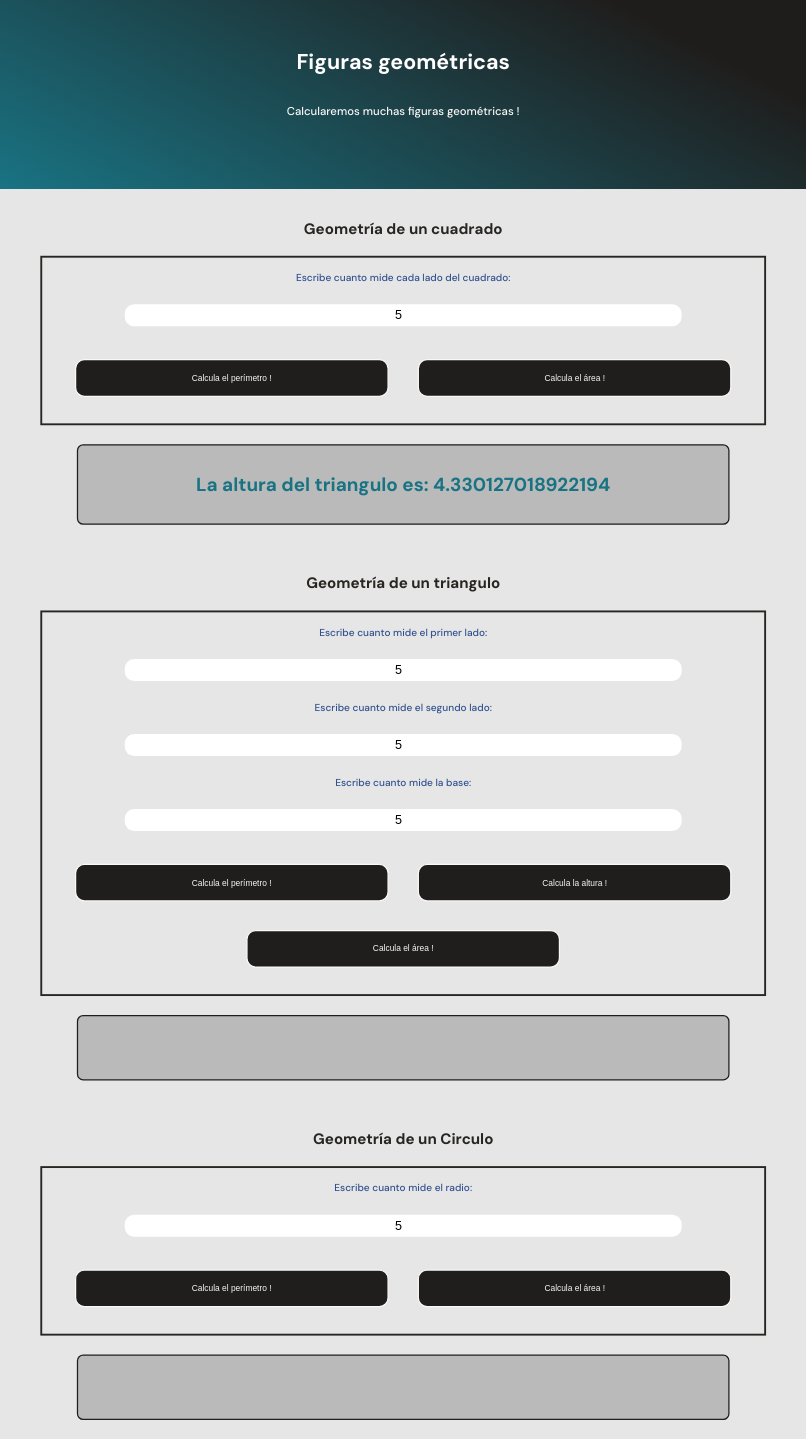
Repository: ChristianGecchelin/javascript-project
Page: javascript-project/figuras-geometricas/figuras.html
An editor plug-in stored every save of this project. The page is shown before and after the next save, followed by the edit.
The browser window is 1280 px wide. The pictures show the whole page, at 63% of full size.
Empty fields were first filled with sample values (such as "Sample", 5 or name@example.com).
After loading, the first visible `button[onclick="calcularAlturaTriangulo()"]` was clicked once.

Above is the page before, as saved 2021-12-05 19:00:47.

### javascript-project/figuras-geometricas/figuras.html
<!DOCTYPE html>
<html lang="en">
  <head>
    <meta charset="UTF-8" />
    <meta http-equiv="X-UA-Compatible" content="IE=edge" />
    <meta name="viewport" content="width=device-width, initial-scale=1.0" />
    <title>Figuras geométricas | Proyecto 1</title>
    <link rel="preconnect" href="https://fonts.googleapis.com" />
    <link rel="preconnect" href="https://fonts.gstatic.com" crossorigin />
    <link
      href="https://fonts.googleapis.com/css2?family=DM+Sans:wght@400;500;700&family=Inter:wght@300;500&display=swap"
      rel="stylesheet"
    />
    <link rel="stylesheet" href="./style.css" />
  </head>
  <body>
    <header>
      <div class="header--title-container">
        <h1>Figuras geométricas</h1>
        <p>Calcularemos muchas figuras geométricas !</p>
      </div>
    </header>
    <main>
      <section class="main-calculadora-contenedor">
        <h2 class="main-calculadora-contenedor--title">
          Geometría de un cuadrado
        </h2>
        <div class="main-calculadora-form-contenedor">
          <form action="">
            <label class="form--label-input" for="inputCuadrado"
              >Escribe cuanto mide cada lado del cuadrado:</label
            >
            <input class="form--input" type="number" id="inputCuadrado" />
            <button
              class="form--input-boton"
              type="button"
              onclick="calcularPerimetroCuadrado()"
            >
              Calcula el perímetro !
            </button>
            <button
              class="form--input-boton"
              type="button"
              onclick="calcularAreaCuadrado()"
            >
              Calcula el área !
            </button>
            <!-- type button, para quitarle el submit por defecto y que no me redireccione a ningun lado -->
          </form>
        </div>
        <section class="container-answer">
          <p id="resultFunction"></p>
        </section>
      </section>
      <section class="main-calculadora-contenedor">
        <h2 class="main-calculadora-contenedor--title">
          Geometría de un triangulo
        </h2>
        <div class="main-calculadora-form-contenedor">
          <form action="">
            <label class="form--label-input" for="inputLado1"
              >Escribe cuanto mide el primer lado:</label
            >
            <input class="form--input" type="number" id="inputLado1" />
            <label class="form--label-input" for="inputLado2"
              >Escribe cuanto mide el segundo lado:</label
            >
            <input class="form--input" type="number" id="inputLado2" />
            <label class="form--label-input" for="inputBase"
              >Escribe cuanto mide la base:</label
            >
            <input class="form--input" type="number" id="inputBase" />
            <button
              class="form--input-boton"
              type="button"
              onclick="calcularPerimetroTriangulo()"
            >
              Calcula el perímetro !
            </button>
            <button
              class="form--input-boton"
              type="button"
              onclick="calcularAlturaTriangulo()"
            >
              Calcula la altura !
            </button>
            <button
              class="form--input-boton"
              type="button"
              onclick="calcularAreaTriangulo()"
            >
              Calcula el área !
            </button>
            <!-- type button, para quitarle el submit por defecto y que no me redireccione a ningun lado -->
          </form>
        </div>
        <section class="container-answer">
          <p id="resultFunction"></p>
        </section>
      </section>
      <section class="main-calculadora-contenedor">
        <h2 class="main-calculadora-contenedor--title">
          Geometría de un Circulo
        </h2>
        <div class="main-calculadora-form-contenedor">
          <form action="">
            <label class="form--label-input" for="inputRadio"
              >Escribe cuanto mide el radio:</label
            >
            <input class="form--input" type="number" id="inputRadio" />
            <button
              class="form--input-boton"
              type="button"
              onclick="calcularPerimetroCirculo()"
            >
              Calcula el perímetro !
            </button>
            <button
              class="form--input-boton"
              type="button"
              onclick="calcularAreaCirculo()"
            >
              Calcula el área !
            </button>
            <!-- type button, para quitarle el submit por defecto y que no me redireccione a ningun lado -->
          </form>
        </div>
        <section class="container-answer">
          <p id="resultFunction"></p>
        </section>
      </section>
    </main>
    <script src="./figurasConFunciones.js"></script>
  </body>
</html>

### javascript-project/figuras-geometricas/style.css
:root {
  --Dark-lightblue: #197383;
  --soft-orange: #ffe9d5;
  --secondary-blue: #1a9af7;
  --soft-blue: #e7f5ff;
  --warm-black: #201e1c;
  --black: #282623;
  --grey: #bababa;
  --off-white: #faf8f7;
  --just-white: #fff;
}
* {
  box-sizing: border-box;
  margin: 0;
  padding: 0;
}
html {
  font-size: 62.5%;
  font-family: "DM Sans", sans-serif;
}
header {
  position: relative;
  display: flex;
  flex-direction: column;
  justify-content: center;
  width: 100%;
  min-width: 320px;
  height: 300px;
  text-align: center;
  background: linear-gradient(207.8deg, #1f1d1c 16.69%, #197383 100%);
}
header .header--title-container {
  width: 90%;
  min-width: 288px;
  max-width: 900px;
  height: 200px;
  text-align: center;
  align-self: center;
}
header .header--title-container h1 {
  margin-top: 30px;
  margin-bottom: 50px;
  font-size: 3.4rem;
  font-weight: 700;
  line-height: 3.6rem;
  color: var(--just-white);
}
header .header--title-container p {
  font-size: 1.8rem;
  font-weight: 500;
  line-height: 2.2rem;
  color: var(--off-white);
}
main {
  width: 100%;
  height: auto;
  background-color: rgba(206, 206, 206, 0.5);
  min-width: 320px;
}
.main-calculadora-contenedor {
  width: 90%;
  min-width: 280px;
  height: auto;
  margin: 0 auto;
  padding-top: 50px;
  padding-bottom: 30px;
  text-align: center;
}
.main-calculadora-contenedor--title {
  margin-bottom: 30px;
  font-size: 2.4rem;
  font-weight: 700;
  line-height: 2.6rem;
  color: var(--black);
}
.main-calculadora-form-contenedor {
  display: flex;
  flex-direction: column;
  justify-content: center;
  height: auto;
  border: 3px solid var(--black);
  padding: 20px 20px;
}
.main-calculadora-form-contenedor .form--label-input {
  display: block;
  font-size: 1.6rem;
  font-weight: 500;
  line-height: 2.4rem;
  color: rgba(34, 68, 136, 0.92);
}
.main-calculadora-form-contenedor .form--input {
  display: block;
  width: 80%;
  height: 35px;
  margin: 30px auto;
  border: none;
  border-radius: 15px;
  text-align: center;
  font-size: 2rem;
  font-weight: 500;
}
.main-calculadora-form-contenedor .form--input:focus {
  border: 5px solid var(--Dark-lightblue);
  width: 85%;
  border-radius: 15px;
}
.main-calculadora-form-contenedor .form--input-boton {
  width: 45%;
  height: 60px;
  margin: 2%;
  padding: 5px 10px;
  border: 2px solid var(--off-white);
  border-radius: 15px;
  background-color: var(--warm-black);
  color: var(--off-white);
}
.container-answer {
  width: 90%;
  min-width: 260px;
  height: auto;
  margin: 0 auto;
  margin-top: 30px;
  padding-top: 50px;
  padding-bottom: 50px;
  text-align: center;
  background-color: #bababa;
  border: 2px solid var(--warm-black);
  border-radius: 10px;
}
.container-answer p {
  font-size: 3rem;
  font-weight: 700;
  line-height: 2.4rem;
  color: var(--Dark-lightblue);
}

### javascript-project/figuras-geometricas/figurasConFunciones.js
/* Codigo del cuadrado */
console.group("Cuadrado");
function perimetroCuadrado(lado) {
  return lado * 4;
}
/* console.log(`Perimetro del cuadrado es: ${perimetroCuadrado} cm.`); */
function areaCuadrado(lado) {
  return (
    lado ** 2
  ); /* debe estar escrito de igual manera el parametro que el return */
}

/* console.log(`El area del cuadrado es: ${areaCuadrado} cm^2.`); */
console.groupEnd();

/* Codigo del triangulo */
console.group("Triangulo");

function perimetroTriangulo(lado1, lado2, base) {
  return lado1 + lado2 + base;
}
function calcularAltura(lado1, lado2, lado3) {
  let ladosIguales;
  let ladoBase;
  let altura;

  if (
    lado1 + lado2 <= lado3 ||
    lado1 + lado3 <= lado2 ||
    lado2 + lado3 <= lado1
  ) {
    alert(
      "En un triangulo la base no puede ser mayor a la suma de sus catetos"
    );
  } else {
    switch (true) {
      case lado1 === lado2:
        ladosIguales = lado1;
        ladoBase = lado3;
        break;
      case lado1 === lado3:
        ladosIguales = lado1;
        ladoBase = lado2;
        break;
      case lado3 === lado2:
        ladosIguales = lado2;
        ladoBase = lado1;
        break;
    }
    if (!ladosIguales) {
      alert("Tu triangulo no es isosceles, ingresa la altura");
    } else {
      altura = Math.sqrt(ladosIguales ** 2 - ladoBase ** 2 / 4);
    }
  }
  return ladosIguales, ladoBase, altura;
}
function areaTriangulo(ladoBase, altura) {
  return (
    (ladoBase * altura) / 2
  ); /* tengo que llamar a la funcion altura para pasarle el dato */
}
console.groupEnd();

//Codigo Circulo
console.group("Circulo");
function diametroCirculo(radio) {
  return radio * 2;
}
const pi = Math.PI;
function circunferencia(radio) {
  const diametro = diametroCirculo(radio);
  /* llamo a una funcion dentro de otra y creo una variable que tiene alcance local */
  return diametro * pi;
}
function superficieCirculo(radio) {
  return pi * radio ** 2;
}

console.groupEnd();
/* Creo una funcion, que a traves del id obtengo lo que el usuario ingreso en el input. y con eso le saco el value que le paso
a la funcion que cree antes y es la encargada de hacer el calculo para luego mostrarse en un aler */
function calcularPerimetroCuadrado() {
  const input = document.getElementById("inputCuadrado");
  const value = input.value;
  const perimetro = perimetroCuadrado(value);
  const resultCuadrado = document.getElementById("resultCuadrado");
  resultCuadrado.innerText = `El perimetro es: ${perimetro}`;
}
function calcularAreaCuadrado() {
  const input = document.getElementById("inputCuadrado");
  const value = input.value;
  const area = areaCuadrado(value);
  const resultCuadrado = document.getElementById("resultCuadrado");
  resultCuadrado.innerText = `El área es: ${area}`;
}

function calcularPerimetroTriangulo() {
  const inputLado1 = document.getElementById("inputLado1");
  const valueLado1 = Number(inputLado1.value);
  const inputLado2 = document.getElementById("inputLado2");
  const valueLado2 = Number(inputLado2.value);
  const inputBase = document.getElementById("inputBase");
  const valueBase = Number(inputBase.value);
  /* Es importante ponerle number porque por mas que el input tenga type number, este lo transforma como un string */
  const perimetro = perimetroTriangulo(valueLado1, valueLado2, valueBase);
  const resultTriangulo = document.getElementById("resultTriangulo");
  resultTriangulo.innerText = `El perímetro es: ${perimetro}`;
}

function calcularAlturaTriangulo() {
  const inputLado1 = document.getElementById("inputLado1");
  const valueLado1 = Number(inputLado1.value);
  const inputLado2 = document.getElementById("inputLado2");
  const valueLado2 = Number(inputLado2.value);
  const inputBase = document.getElementById("inputBase");
  const valueBase = Number(inputBase.value);
  const alturaTriangulo = calcularAltura(valueLado1, valueLado2, valueBase);
  const resultFunction = document.getElementById("resultFunction");
  resultFunction.innerText = `La altura del triangulo es: ${alturaTriangulo}`;
}

function calcularAreaTriangulo() {
  /* const inputAltura = document.getElementById("inputAltura");
  const valueAltura = Number(inputAltura.value);
  const inputBase = document.getElementById("inputBase");
  const valueBase = inputBase.value;
  const area = areaTriangulo(valueAltura, valueBase);
  alert(area); */
  const inputLado1 = document.getElementById("inputLado1");
  const valueLado1 = Number(inputLado1.value);
  const inputLado2 = document.getElementById("inputLado2");
  const valueLado2 = Number(inputLado2.value);
  const inputBase = document.getElementById("inputBase");
  const valueBase = Number(inputBase.value);
  const altura = calcularAltura(valueLado1, valueLado2, valueBase);
  const area = areaTriangulo(valueBase, altura);
  const resultFunction = document.getElementById("resultFunction");
  resultFunction.innerText = `El área es: ${area}`;
}

function calcularPerimetroCirculo() {
  const inputRadio = document.getElementById("inputRadio");
  const valueRadio = inputRadio.value;
  const perimetro = circunferencia(valueRadio);
  const resultFunction = document.getElementById("resultFunction");
  resultFunction.innerText = `El perimetro es: ${perimetro}`;
}
function calcularAreaCirculo() {
  const inputRadio = document.getElementById("inputRadio");
  const valueRadio = inputRadio.value;
  const superficie = superficieCirculo(valueRadio);
  const resultFunction = document.getElementById("resultFunction");
  resultFunction.innerText = `La superficie es: ${superficie}`;
}

After the next save:
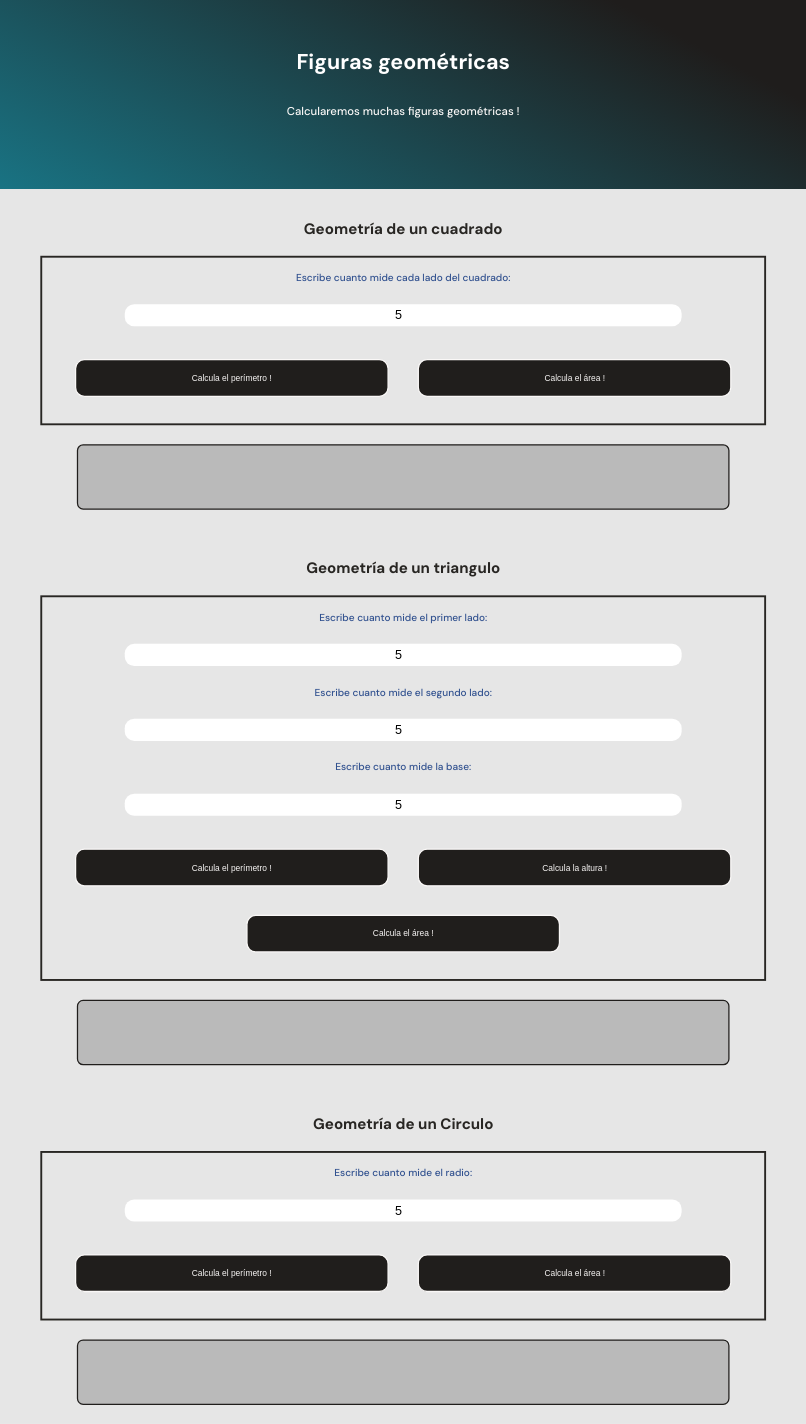
Console error: TypeError: Cannot set properties of null (setting 'innerText')
Saved 11 s later.
--- a/javascript-project/figuras-geometricas/figurasConFunciones.js
+++ b/javascript-project/figuras-geometricas/figurasConFunciones.js
@@ -116,8 +116,8 @@ function calcularAlturaTriangulo() {
   const inputBase = document.getElementById("inputBase");
   const valueBase = Number(inputBase.value);
   const alturaTriangulo = calcularAltura(valueLado1, valueLado2, valueBase);
-  const resultFunction = document.getElementById("resultFunction");
-  resultFunction.innerText = `La altura del triangulo es: ${alturaTriangulo}`;
+  const resultTriangulo = document.getElementById("resultTriangulo");
+  resultTriangulo.innerText = `La altura del triangulo es: ${alturaTriangulo}`;
 }
 
 function calcularAreaTriangulo() {
